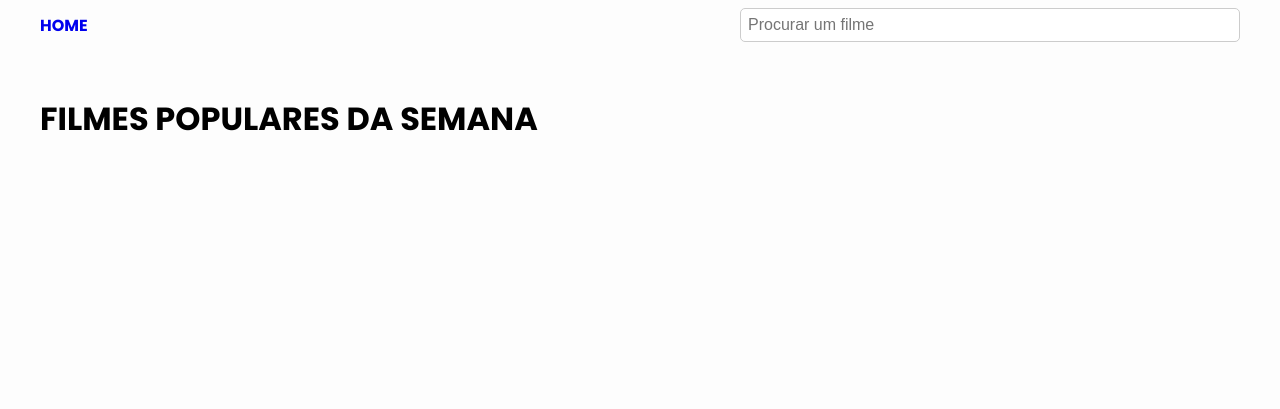
Repository: giordanobraz/agenda-edu-challenge
Page: /
These files come from the project's save history. The page is drawn as it stood at one moment and after the next save; the edit follows.
The browser window is 1280 px wide. The pictures show the whole page.
The page's requests for data from a server got no answer. The project was rebuilt for these pictures with package versions that can differ from the ones it lists, and the page was loaded fresh each time. No one was signed in, and anything a server would have sent is missing. Also part of the build but not shown: src/components/List/MovieList.scss, src/components/Details/Details.scss, src/components/Details/Details.js, src/pages/Details/index.js.

Above is the page before, as saved 2022-05-14 18:26:50.

After the next save:
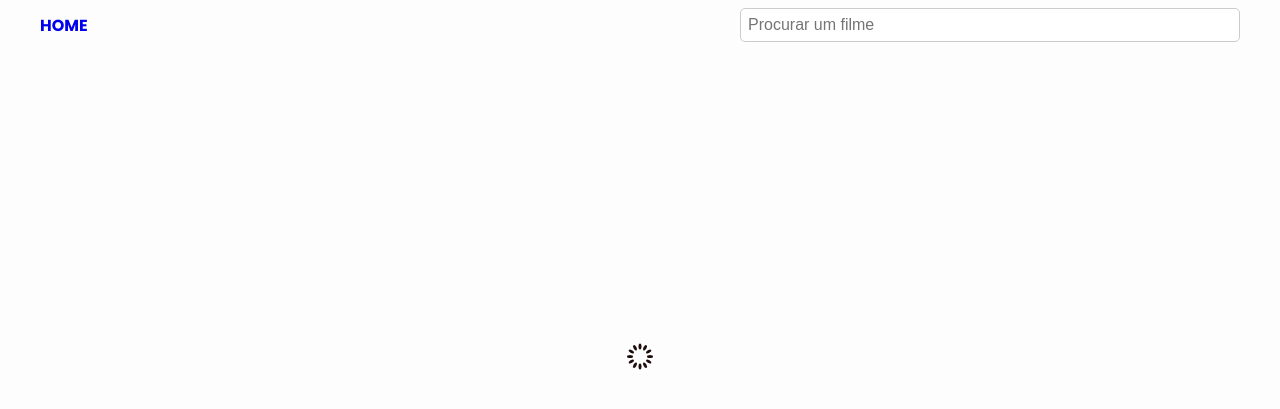
Saved 16 s later.
--- a/src/components/List/MovieList.js
+++ b/src/components/List/MovieList.js
@@ -1,53 +1,82 @@
 import { Link } from "react-router-dom";
+import { api } from "../../services/api";
+import { useInfiniteQuery } from "react-query";
 import { VirtuosoGrid } from "react-virtuoso";
 import { IMG_LINK } from "../../utils/constants";
 import { ItemContainer, ListContainer } from "./VirtuosoStyled";
-import { useSelector } from "react-redux";
+import { useDispatch, useSelector } from "react-redux";
+import { setMovies } from "../../redux/moviesSlice";
+import Loading from "../Loading";
 import "./MovieList.scss";
+
+import { toast, ToastContainer } from "react-toastify";
+import "react-toastify/dist/ReactToastify.css";
 
 function MovieList() {
   const { list } = useSelector((state) => state.movies);
+  const dispatch = useDispatch();
+
+  const fetchMovies = async ({ pageParam = 1 }) => {
+    const response = await api
+      .get("movie/popular?language=pt-BR&page=" + pageParam)
+      .catch((err) => {
+        toast.error("Erro ao carregar a lista de filmes");
+      });
+    dispatch(setMovies(response.data.results));
+    return response.data;
+  };
+
+  const { isLoading, isError, error, fetchNextPage } = useInfiniteQuery(
+    "movies",
+    fetchMovies,
+    {
+      getNextPageParam: (lastPage) => lastPage.page + 1,
+    }
+  );
+
+  if (isLoading) return <Loading />;
+  if (isError) return <p>{error.message}</p>;
 
   return (
     <>
       <h1>FILMES POPULARES DA SEMANA</h1>
 
-      {list.length > 0 && (
-        <VirtuosoGrid
-          useWindowScroll
-          overscan={10}
-          style={{ height: 700, marginBottom: "2rem" }}
-          totalCount={list.length}
-          components={{
-            Item: ItemContainer,
-            List: ListContainer,
-          }}
-          itemContent={(index) => {
-            const movie = list[index];
-            return (
-              <>
-                <Link
-                  key={movie.id}
-                  className="card"
-                  to={`/movie/${movie.id}`}
-                  state={movie}
-                >
-                  <img
-                    src={`${IMG_LINK}/w220_and_h330_face/${movie.poster_path}`}
-                    alt={movie.title}
-                    width={220}
-                    height={330}
-                  />
-                  <div className="card-details">
-                    <p>{movie.title}</p>
-                    <span>{movie.vote_average}/10</span>
-                  </div>
-                </Link>
-              </>
-            );
-          }}
-        />
-      )}
+      <VirtuosoGrid
+        useWindowScroll
+        style={{ height: 700, marginBottom: "2rem" }}
+        endReached={fetchNextPage}
+        totalCount={list.length}
+        components={{
+          Item: ItemContainer,
+          List: ListContainer,
+        }}
+        itemContent={(index) => {
+          const movie = list[index];
+          return (
+            <>
+              <Link
+                key={movie.id}
+                className="card"
+                to={`/movie/${movie.id}`}
+                state={movie}
+              >
+                <img
+                  src={`${IMG_LINK}/w220_and_h330_face/${movie.poster_path}`}
+                  alt={movie.title}
+                  width={220}
+                  height={330}
+                />
+                <div className="card-details">
+                  <p>{movie.title}</p>
+                  <span>{movie.vote_average}/10</span>
+                </div>
+              </Link>
+            </>
+          );
+        }}
+      />
+
+      <ToastContainer autoClose={5000} />
     </>
   );
 }
